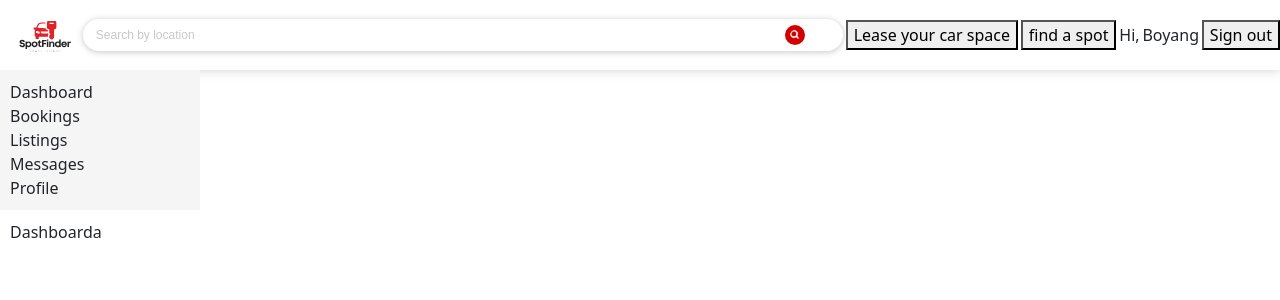
Repository: UNSWSpotFinder/SpotFinder
Page: /dashboard (app in frontend/)
These files come from the project's save history. The page is drawn as it stood at one moment and after a run of saves; the edit follows.
The browser window is 1280 px wide. The pictures show the whole page.
The project was rebuilt for these pictures with package versions that can differ from the ones it lists, and the page was loaded fresh each time. Also part of the build but not shown: frontend/src/Login.css, frontend/src/Login.jsx, frontend/src/Regist.css, frontend/src/Regist.jsx, frontend/src/HomePage.jsx, frontend/src/App.css, frontend/src/components/Bookings.jsx, frontend/src/components/Listings.jsx and 2 more.

Above is the page before, as saved 2024-03-09 18:59:13.

### frontend/src/App.jsx
import logo from './logo.svg';
import React, {
  useState,
  useEffect,
  useRef,
  ChangeEvent,
  LabelHTMLAttributes,
  createContext,
  useContext,
  ReactNode,
} from 'react';
import {HomePageLarge,HomePageAdminSmall,HomePageAdminLarge,HomePageSmall} from './HomePage';
import { ErrorProvider, GlobalSnackbar, ErrorContext } from './API';
import { BrowserRouter, Routes, Route, Link } from 'react-router-dom';
import './App.css';

// 导入Dashboard相关页面组件
import DashboardTop from './components/DashboardTop';
import Dashboard from './components/Dashboard';
import Bookings from './components/Bookings';
import Listings from './components/Listings';
import Profile from './components/Profile';
import Messages from './components/Messages';

function App() {
  const [windowWidth, setWindowWidth] = useState(window.innerWidth);
  useEffect(() => {
    // 添加一个事件监听器，以便在窗口大小改变时更新windowWidth状态
    const handleResize = () => {
      setWindowWidth(window.innerWidth);
    };
    window.addEventListener('resize', handleResize);
    // 清除事件监听器以避免内存泄漏
    return () => {
      window.removeEventListener('resize', handleResize);
    };
  }, []);
  let layoutComponentHost;
  let LayoutComponentHome;
  let LayoutDetail;
  if (windowWidth > 760) {
    layoutComponentHost = null;
    LayoutComponentHome = <HomePageLarge/>;
    LayoutDetail = null;
  } else {
    layoutComponentHost = null;
    LayoutComponentHome = <HomePageSmall/>;;
    LayoutDetail = null;
  }
  return(
    <ErrorProvider>
      <GlobalSnackbar/>
        <BrowserRouter>
          <Routes>
            <Route path="/user/*" element={LayoutComponentHome} />
            {/* DashboardTop作为父路由 */}
            <Route path="/dashboard" element={<DashboardTop />}>
            <Route index element={<Dashboard />} />
            <Route path="bookings" element={<Bookings />} />
            <Route path="listings" element={<Listings />} />
            <Route path="messages" element={<Messages />} />
            <Route path="profile" element={<Profile />} />
          </Route>
            {/* Keep the wildcard route to catch all and render Home */}
            <Route path="/*" element={LayoutComponentHome} />
          </Routes>
        </BrowserRouter>
    </ErrorProvider>
  )
}

export default App;

### frontend/src/API.jsx
import Alert from '@mui/material/Alert';
import Snackbar from '@mui/material/Snackbar';
import Button from '@mui/material/Button';
import Stack from '@mui/material/Stack';
import React, { useState, useEffect, createContext,useContext } from 'react';

import { styled } from '@mui/material';
const port = '8080';
export const meetErrorLog = (error) => {
    console.log(error);
    let errorText = '';
    // switch case to show the error
    switch (error) {
      case 'info':
        errorText = 'Invalid username or password !';
        break;
      case 'access':
        errorText = 'No permission, please log in first!';
        break;
      default:
        errorText = 'Network error! Please try again.';
        break;
    }
    return errorText;
  };
export const ErrorContext = createContext({
    snackbarData: { severity: 'info', message: '1',timestamp: new Date().getTime()},
    setOpenSnackbar: () => {}, // 提供一个空函数避免调用时出错
  });
export const useError = () => useContext(ErrorContext);
export const ErrorProvider = ({ children }) => {
  const [snackbarData, setSnackbarData] = useState({
    severity: 'success',
    message: '',
    timestamp: new Date().getTime()
  });
  const setOpenSnackbar = (data) => {
    setSnackbarData(data);
  };
  return (
    <ErrorContext.Provider value={{snackbarData,setOpenSnackbar}}>
      {children}
    </ErrorContext.Provider>
  );
};
// The message to be displayed in the Snackbar
export const GlobalSnackbar = () => {
const { snackbarData, setOpenSnackbar } = useError();
// State to manage the visibility of the Snackbar
const [open, setOpen] = useState(false);
  useEffect(() => {
    console.log('Alert severity:', snackbarData.severity);
    console.log('Alert :', snackbarData.message);
    if (snackbarData.message) {
      setOpen(true);
    }
  }, [snackbarData.message, snackbarData.timestamp]);

  const handleClose = (event, reason) => {
    if (reason === 'clickaway') {
      return;
    }
    setOpen(false);
  };

return (
    // Snackbar component with automatic hiding and custom styling
    <Snackbar open={open} autoHideDuration={6000} onClose={handleClose}>
        <Alert onClose={handleClose} severity={snackbarData.severity}>
        {snackbarData.message}
        </Alert>
  </Snackbar>
);
};
export const callAPIsendEmailCode = (path,input)=>{
    return new Promise((resolve, reject) =>{
        fetch('http://localhost:'+String(port)+'/'+String(path),{
        method:'POST',
        headers: { 'Content-Type': 'application/json' },
        body:JSON.stringify(input),
        })
        .then((response)=>{
            if(response.ok){
                console.log('success');
                console.log(response);
                return resolve(response);
            }
            else if (response.status===400){
                const errorReason = 'Email not correct!';
                return reject(errorReason);
            }
            else{
                const errorReason = 'There is a problem with the network connection!';
                return reject(errorReason);
            }
        })
        .catch((error)=>{
            console.log(error);
        })
    })

}
export const callAPIverifyEmailCode = (path,input)=>{
    return new Promise((resolve, reject) =>{
        console.log(input);
        console.log('http://localhost:'+String(port)+'/'+String(path));
        fetch('http://localhost:'+String(port)+'/'+String(path),{
        method:'POST',
        headers: { 'Content-Type': 'application/json' },
        body:JSON.stringify(input),
        })
        .then((response)=>{
            if(response.ok){
                console.log('success');
                return resolve(response.json());
            }
            else if (response.status===400){
                const errorReason = 'Incorrect verification code.';
                return reject(errorReason);
            }
            else{
                const errorReason = 'There is a problem with the network connection!';
                return reject(errorReason);
            }
        })
        .catch((error)=>{
            console.log(error);
        })
    })

}
export const callAPIloginUser=(path,input)=>{

}
// 用户注册
export const callAPIRegistUser=(path,input)=>{
     return new Promise((resolve, reject) =>{
        console.log(input);
        console.log('http://localhost:'+String(port)+'/'+String(path));
        fetch('http://localhost:'+String(port)+'/'+String(path),{
        method:'POST',
        headers: { 'Content-Type': 'application/json' },
        body:JSON.stringify(input),
        })
        .then((response)=>{
            if(response.ok){
                console.log('success');
                return resolve(response.json());
            }
            else if (response.status===417){
                const errorReason = 'This email has been registed!';
                return reject(errorReason);
            }
            else{
                const errorReason = 'There is a problem with the network connection!';
                return reject(errorReason);
            }
        })
        .catch((error)=>{
            console.log(error);
        })
    })
}
// 用户登录
export const callAPILoginUser=(path,input)=>{
    return new Promise((resolve, reject) =>{
       console.log(input);
       console.log('http://localhost:'+String(port)+'/'+String(path));
       fetch('http://localhost:'+String(port)+'/'+String(path),{
       method:'POST',
       headers: { 'Content-Type': 'application/json' },
       body:JSON.stringify(input),
       })
       .then((response)=>{
           if(response.ok){
               console.log('success');
               return resolve(response.json());
           }
           else if (response.status===401){
               const errorReason = 'Username does not exist or password is incorrect!';
               return reject(errorReason);
           }
           else{
               const errorReason = 'There is a problem with the network connection!';
               return reject(errorReason);
           }
       })
       .catch((error)=>{
           console.log(error);
       })
   })
}
// 密码修改
export const callAPIResetPwdUser=(path,input)=>{
    return new Promise((resolve, reject) =>{
       console.log(input);
       console.log('http://localhost:'+String(port)+'/'+String(path));
       fetch('http://localhost:'+String(port)+'/'+String(path),{
       method:'POST',
       headers: { 'Content-Type': 'application/json' },
       body:JSON.stringify(input),
       })
       .then((response)=>{
           if(response.ok){
               console.log('success');
               return resolve(response.json());
           }
           else if (response.status===401){
               const errorReason = 'Username does not exist or password is incorrect!';
               return reject(errorReason);
           }
           else{
               const errorReason = 'There is a problem with the network connection!';
               return reject(errorReason);
           }
       })
       .catch((error)=>{
           console.log(error);
       })
   })
}

### frontend/src/components/DashboardTop.jsx
import React from 'react';
import { Outlet } from 'react-router-dom';
import './DashboardTop.css';
import '../HomePage.css';

const DashboardTop = () => {
  return (
    <div className="dashboard-top">
      <div className="Navbar">
        {/* Logo图像 */}
        <img src='/img/LOGO.svg' className='Applogo'></img>
        {/* 搜索区域 */}
        <div className='SearchPart'>
          <img className='searchbtn' src='/img/search.png'></img>
          <input className='Searchbar' placeholder='Search by location'></input>
        </div>




        <button>Lease your car space</button>
        <button>find a spot</button>
        <span>Hi, </span>
        <span>Boyang </span>
        <button>Sign out</button>
      </div>
      <div className="content-area">
        <div className="side-nav">
          <div>Dashboard</div>
          <div>Bookings</div>
          <div>Listings</div>
          <div>Messages</div>
          <div>Profile</div>
        </div>
        <div className="main-content">
          <Outlet />
        </div>
      </div>
    </div>
  );
};

export default DashboardTop;

### frontend/src/components/Dashboard.jsx
import React from 'react';
import DashboardTop from './DashboardTop';

const Dashboard = () => {
  // 组件的状态和逻辑

  return (
    <div className='Dashboard'>
      {/* 组件的JSX结构 */}
      Dashboarda
    </div>
  );
}

export default Dashboard;

### frontend/src/HomePage.css
.HomeOverall {
    width: 100%;
    height: 100%;
    margin: 0px;
    padding: 0px;
    display: flex;
    flex-direction: column;
    align-items: center;
}
div.Navbar{
    width: 100%;
    height: 70px;
    margin: 0px 0px 0px 0px;
    padding: 0px 10px 0px 0px;
    display: flex;
    align-items: center;
    justify-content: space-between;
    box-shadow: 0px 0px 10px 0px rgba(164, 164, 164, 0.5);
}
div.SearchPart{
    width: calc(100% - 520px);
    min-width: 200px;
    height: 100%;
    margin: 0px;
    padding: 0px;
    display: flex;
    justify-content: center;
    align-items: center;
    align-content: center;
    flex-direction: row;
}
div.SearchPartsmall{
    width: calc(100% - 320px);
    height: 100%;
    margin: 0px;
    padding: 0px;
    display: flex;
    justify-content: center;
    align-items: center;
    align-content: center;
    flex-direction: row;
}
input.Searchbar{
    width: 100%;
    border-radius: 25px;
    padding-left: 13px;
    height: 45%;
    border: 0px;
    transition: box-shadow 0.3s;
    box-shadow: 0px 1px 5px 1px rgba(170, 170, 170, 0.5);
    position: relative;
    font-size: 12px;
    font-family:Arial, Helvetica, sans-serif;
}
input.Searchbar::placeholder{
    color: rgb(200, 200, 200);
}
img.searchbtn{
    border-radius: 20px;
    width: 20px;
    height: 20px;
    margin: 0px 0px 0px 10px;
    padding: 5px;
    right: 475px;
    position: absolute;
    z-index: 1;
    background-color: rgb(210, 0, 0);
    cursor: pointer;
}
img.searchbtnsmall{
    border-radius: 20px;
    width: 20px;
    height: 20px;
    margin: 0px;
    padding: 5px;
    right: 260px;
    position: absolute;
    z-index: 1;
    background-color: rgb(210, 0, 0);
    cursor: pointer;
}
input.Searchbar:hover{
    box-shadow: 0px 1px 10px 1px rgba(164, 164, 164, 0.5);
}
img.searchbtn:hover + .Searchbar {
    box-shadow: 0px 1px 10px 1px rgba(164, 164, 164, 0.5);
}
img.searchbtnsmall:hover + .Searchbar {
    box-shadow: 0px 1px 10px 1px rgba(164, 164, 164, 0.5);
}
button.newspace{
    border-radius: 30px;
    min-width: 200px;
    max-width: 200px;
    font-weight: bold;
    border: 0px;
    margin-left: 20px;
    height: 50%;
    background-color: rgb(250, 250, 250);
    border: 1px solid rgb(230, 230, 230);
    color: rgb(114, 114, 114);
    transition: 0.3s;
    font-size: 12px;
    cursor: pointer;
}
button.newspace:hover{
    color: rgb(0, 0, 0);
    background-color: rgb(230, 230, 230);
}
div.signwarper{
    margin: 0px 10px 0px 0px;
    height: 100%;
    display: flex;
    align-items: center;
}
button.sign{
    border-radius: 5px;
    width: 100px;
    font-weight: bold;
    border: 0px;
    margin-left:15px;
    height: 50%;
    background-color: rgb(255, 255, 255);
    border: 1px solid rgb(0, 0, 0);
    transition: 0.3s;
    font-size: 12px;
    cursor: pointer;
}
button.sign:hover{
    background-color: rgb(230, 230, 230);
}
input:focus {
    outline: none;
}
img.Applogo{
    height: 100%;
    margin: 0px 0px 0px 10px;
}
p.image-container-title{
    font-weight: 800;
    font-family: Arial;
    position: absolute;
    top: calc(10vw); /* 根据需要调整 */
    left: 5%; /* 根据需要调整 */
    width: 60%;
    color: rgb(0, 0, 0); /* 文字颜色 */
}
p.image-container-title-small{
    font-weight: 800;
    font-size: 20px;
    font-family: Arial;
    position: absolute;
    top: calc(15vw); /* 根据需要调整 */
    left: 5%; /* 根据需要调整 */
    width: 60%;
    color: rgb(0, 0, 0); /* 文字颜色 */
}
p.image-container-sub{
    font-weight: 400;
    font-family: Arial;
    position: absolute;
    left: 5%; /* 根据需要调整 */
    color: rgb(0, 0, 0); /* 文字颜色 */
}
p.image-container-sub-small{
    font-size: 12px;
    font-weight: 400;
    width: 44%;
    top: calc(28vw);
    font-family: Arial;
    position: absolute;
    left: 5%; /* 根据需要调整 */
    color: rgb(0, 0, 0); /* 文字颜色 */
}
p.image-container-txt{
    font-weight: 200;
    font-family: Arial;
    position: absolute;
    left: 5%; /* 根据需要调整 */
    width: 40%;
    color: rgb(0, 0, 0); /* 文字颜色 */
}
p.image-container-txt-small{
    font-size: 12px;
    font-weight: 400;
    width: 40%;
    top: calc(42vw);
    font-weight: 200;
    font-family: Arial;
    position: absolute;
    left: 5%; /* 根据需要调整 */
    color: rgb(0, 0, 0); /* 文字颜色 */
}
@media (max-width: 1200px) {
    p.image-container-sub{
        font-size: 19.0px;
        top: calc(25vw); /* 根据需要调整 */
        width: 45%;
    }
    p.image-container-txt{
        font-size: 20px;
        top: calc(40vw); /* 根据需要调整 */
    }
    p.image-container-title{
        font-size: 30px;
    }
}
@media (min-width: 1200px) {
    p.image-container-sub{
        font-size: 25px;
        width: 40%;
        top: calc(24vw); /* 根据需要调整 */
    }
    p.image-container-txt{
        font-size: 25px;
        top: calc(38vw); /* 根据需要调整 */
    }
    p.image-container-title{
        font-size: 45px;
    }
}

div.FilterPart{
    height: 80px;
    width: 100%;
    padding: 5px;
    background-color: #f9f9f9;
    display: flex;
    justify-content: space-between;
    align-items:center;
}
div.FilterPart-small{
    height: 155px;
    width: 100%;
    background-color: #f9f9f9;
    display: flex;
    flex-direction: column;
    justify-content: space-between;
    padding: 10px 10px 10px 10px;
    border-bottom: 1px solid rgb(238, 238, 238);
}

div.filter-top{
    display: flex;
    align-items: center;
    justify-content: space-between;
}
div.inner-left{
    display: flex;
    flex-direction: column;
    height: 100%;
    margin-right: 20px;
}
select.mglr{
    margin: 0px 5px 0px 0px;
    width: 10%;
    min-width: 130px;
    height: 70%;
    font-size: 12px;
    border-radius: 20px;
}
select.mglr-s{
    margin: 0px 5px 5px 0px;
    width: 10%;
    min-width: 130px;
    font-size: 12px;
    border-radius: 20px;
}
select.mglr-r{
    margin: 0px 5px 0px 0px;
    width: 10%;
    min-width: 90px;
    height: 70%;
    font-size: 12px;
    border-radius: 20px;
}
select.mglr-s-r{
    margin: 0px 5px 0px 0px;
    width: 100px;
    min-width: 90px;
    height: 70%;
    font-size: 12px;
    border-radius: 20px;
}
.popular{
    background-color: white !important;
    color: black !important;
}
div.pricerange{
    display: flex;
    flex-direction: column;
    height: 100%;
    justify-content: center;
    align-items: center;
    padding: 0px;
    margin: 0px;
    margin-left: 5px;
    align-items: center;
}
label.pricerange{
    font-size: 13px;
    font-weight: 500;
    color: black;
    padding: 0px;
}
input.pricerange{
    width: 50px;
    height: 50%;
    font-size: 14px;
    border-radius: 10px;
    border-width: 1px;
    border-style: solid;
    border-color: rgb(0, 0, 0);
    margin: 0px;
    padding: 0px 5px;
}
label.pricerange-s{
    font-size: 15px;
    font-weight: 500;
    color: black;
    padding: 0px 5px 0px 0px;
}
input.pricerange-s{
    height: 60%;
    width: 60%;
    font-size: 16px;
    border-radius: 10px;
    border-width: 1px;
    border-style: solid;
    border-color: rgb(0, 0, 0);
    margin: 0px 5px 0px 0px;
    padding: 0px 5px;
}
.timechoice{
    width: 20%;
    margin: 0px 5px 0px 0px;
}
.timechoice-s{
    margin: 0px 10px;
    width: 40%;
}
div.hflex{
    display: flex;
    height: 100%;
    align-items: center;
}
button.selectcar{
    width: 140px;
    font-size: 10px;
    height: 50px;
    background-color: black;
    color: white;
    font-weight: 500;
    border: 0px;
    border-radius: 10px;
    transition: 0.3s;
    margin-left: 5px;
}
button.selectcar:hover{
    background-color: rgb(55, 55, 55);
    color: rgb(255, 255, 255);
}
div.marginLR{
    display: flex;
    margin: 0px 5px;
    width: 100%;
}
div.ListingPart{
    width: 100%;
    margin-top: 15px;
    margin-bottom: 15px;
    padding: 0px 0px 0px 10px;
    display: flex;
    flex-wrap: wrap;
}
div.SpaceOverall{
    height: 135px;
    box-shadow: 0px 0px 10px 0px rgba(164, 164, 164, 0.5);
    border-radius: 10px;
    display: flex;
    align-items: center;
    padding: 0px 7px;
    margin: 0px 10px 10px 0px;
}

@media (max-width: 800px) {
    div.SpaceOverall{
        width: calc(100vw - 15px);
        min-width: 385px;
    }
}

@media (max-width: 1200px) and (min-width:800px) {
    div.SpaceOverall{
        width: calc(50vw - 15px);
        min-width: 385px;
    }
}

@media (min-width: 1200px) {
    div.SpaceOverall{
        width: calc(33.33vw - 14px);
    }
}

img.spaceimg{
    border-radius: 12px;
    object-fit: cover;
}
div.info{
    height:90%;
    margin-left:10px ;
    width: 100%;
}
p.space-title{
    padding: 0px;
    margin: 0px;
    font-size: 16px;
    color: #555555;
}
p.space-price{
    padding: 0px;
    margin: 0px;
    font-size: 12px;
    margin-top: 4px;
    color: #7F7F7F;
}
p.space-location{
    padding: 0px;
    margin: 0px;
    font-size: 12px;
    margin-top: 2px;
    color: #7F7F7F;
}
p.space-type{
    padding: 0px;
    margin: 0px;
    font-size: 12px;
    margin-top: 2px;
    color: #7F7F7F;
    margin-bottom: 2px;
}
div.order-part{
    display: flex;
    margin-top: 7px;
}
img.order-times{
    width: 20px;
    height: 20px;
}
p.times{
    padding: 0px;
    margin: 0px 0px 0px 3px;
    font-size: 13px;
    color: #7F7F7F;
}
div.right-top{
    display: flex;
    flex-direction: row;
    justify-content: space-between;
    width: 100%;
}
div.right-bottom{
    display: flex;
    flex-direction: row;
    justify-content: space-between;
    width: 100%;
    height: 30px;
    margin-bottom: 5px;
}
div.rate-part{
    display: flex;
    justify-content: center;
}
img.rate-img{
    width: 20px;
    height: 20px;
    margin-right: 2px;
}
p.rate-txt{
    color: #333333;
    font-size: 14px;
    margin: 0px;
    padding: 0px;
}
button.specific-info{
    border: 0px;
    background-color:#E22229;
    border-radius: 5px;
    color: white;
    height: 30px;
    width: 180px;
    font-size: 12px;
    font-weight: 500;
    transition: 0.3s;
    margin: 1px 0px;
}
button.specific-info:hover{
    background-color:#ba191e;
}
div.filter-bottom{
    display: flex;
    align-items: center;
    justify-content: space-between;
}

### frontend/src/components/DashboardTop.css
/* DashboardTop.css */

/* 整体布局 */
.dashboard-top {
    display: flex;
    flex-direction: column;
    height: 100vh; /* 使布局填满整个视口高度 */
  }

/* 顶部导航样式 */
div.Navbar{
    width: 100%;
    height: 70px;
    margin: 0px 10px 0px 0px;
    padding: 0px;
    display: flex;
    align-items: center;
    justify-content: space-between;
    box-shadow: 0px 0px 10px 0px rgba(164, 164, 164, 0.5);
  }

img.Applogo{
    height: 100%;
    margin: 0px 0px 0px 10px;
  }





  TODO:
/* 内容区域样式，包含侧边导航和主内容区 */
.content-area {
    display: flex;
    flex-grow: 1; /* 占据剩余空间 */
  }

/* 侧边导航样式 */
.side-nav {
    background-color: #f5f5f5; /* 浅色背景 */
    width: 200px; /* 定宽 */
    padding: 10px; /* 内边距 */
  }

/* 主内容区域样式 */
  .main-content {
    flex-grow: 1; /* 占据剩余空间 */
    padding: 10px; /* 内边距 */
  }

Loaded but not shown: frontend/public/index.html (common file); frontend/src/index.js (common file); frontend/src/index.css (common file); frontend/src/reportWebVitals.js (common file)

After the next 4 saves:
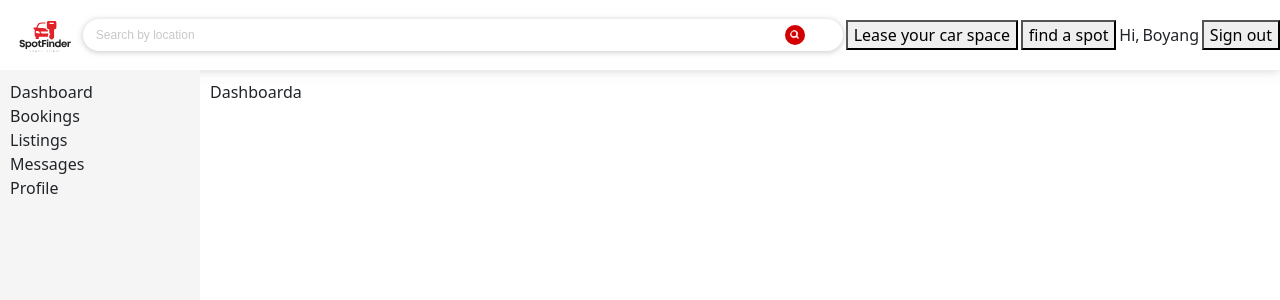
The 4 saves are shown as one change because they came seconds apart.
The last was saved 13 s later.
--- a/frontend/src/components/DashboardTop.css
+++ b/frontend/src/components/DashboardTop.css
@@ -7,8 +7,8 @@
     height: 100vh; /* 使布局填满整个视口高度 */
   }
 
-/* 顶部导航样式 */
-div.Navbar{
+/* 整体布局 */
+  div.Navbar{
     width: 100%;
     height: 70px;
     margin: 0px 10px 0px 0px;
@@ -17,32 +17,28 @@ div.Navbar{
     align-items: center;
     justify-content: space-between;
     box-shadow: 0px 0px 10px 0px rgba(164, 164, 164, 0.5);
-  }
+ }
 
-img.Applogo{
+  img.Applogo{
     height: 100%;
     margin: 0px 0px 0px 10px;
   }
 
 
-
-
-
-  TODO:
-/* 内容区域样式，包含侧边导航和主内容区 */
-.content-area {
+   /* 内容区域样式，包含侧边导航和主内容区 */
+   .content-area {
     display: flex;
     flex-grow: 1; /* 占据剩余空间 */
   }
 
-/* 侧边导航样式 */
-.side-nav {
+  /* 侧边导航样式 */
+  .side-nav {
     background-color: #f5f5f5; /* 浅色背景 */
     width: 200px; /* 定宽 */
     padding: 10px; /* 内边距 */
   }
 
-/* 主内容区域样式 */
+  /* 主内容区域样式 */
   .main-content {
     flex-grow: 1; /* 占据剩余空间 */
     padding: 10px; /* 内边距 */
